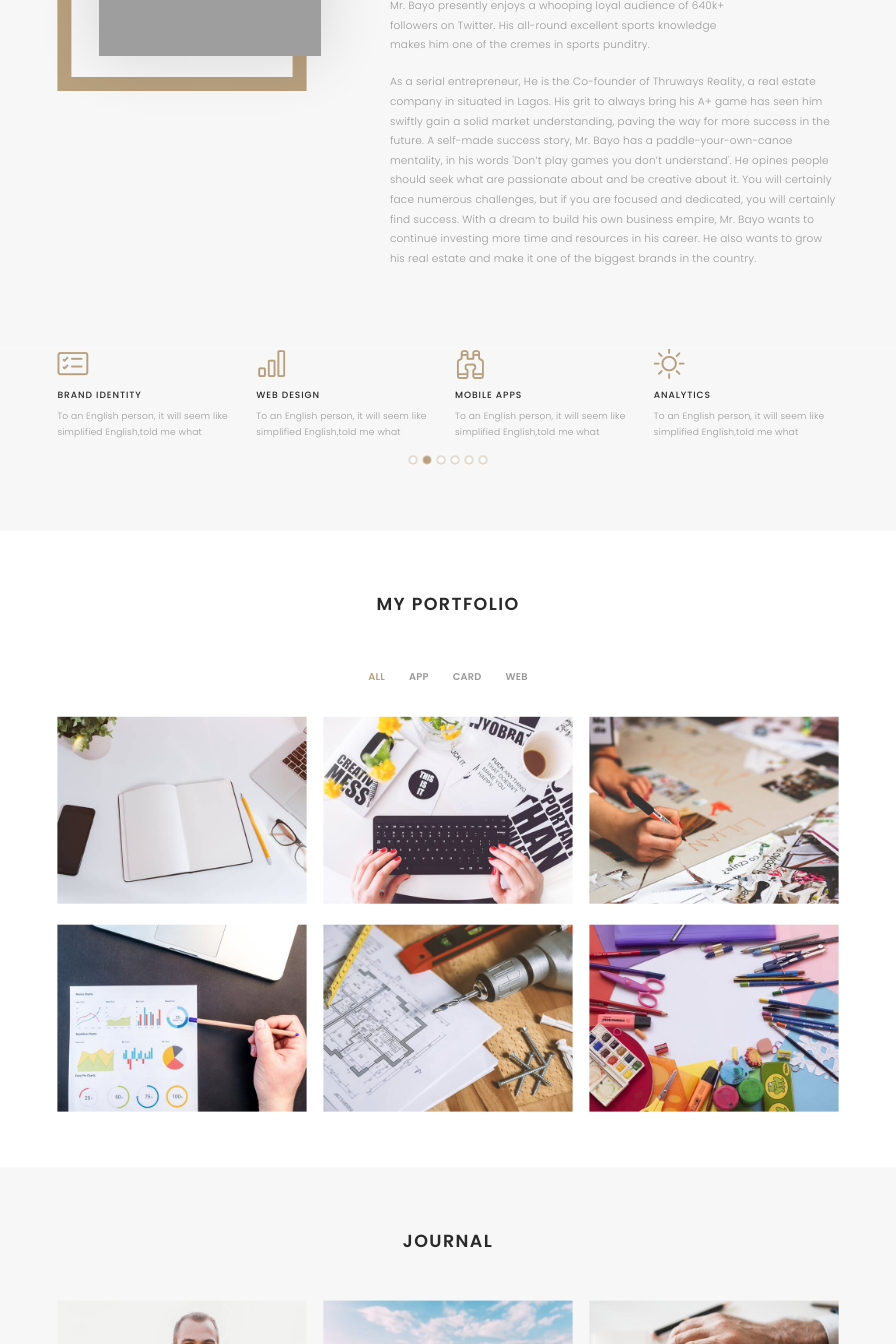
Repository: muhammedctgr/MrBayoA1
Page: index.html
The author's editor kept a copy of each file at every save. The page is drawn from the files as they stood at one save, then again after a run of saves.
The browser window is 1280 px wide. The pictures show the part of the page from y = 1120 to 3040 px (the page is 4246 px tall before and 4218 px after), at 70% of full size.
Pictures or frames that could not be fetched are drawn as grey boxes. Some web fonts or font styles are not loaded; a fallback is used.

Above is the page before, as saved 2022-10-17 23:14:04.

After the next 2 saves:
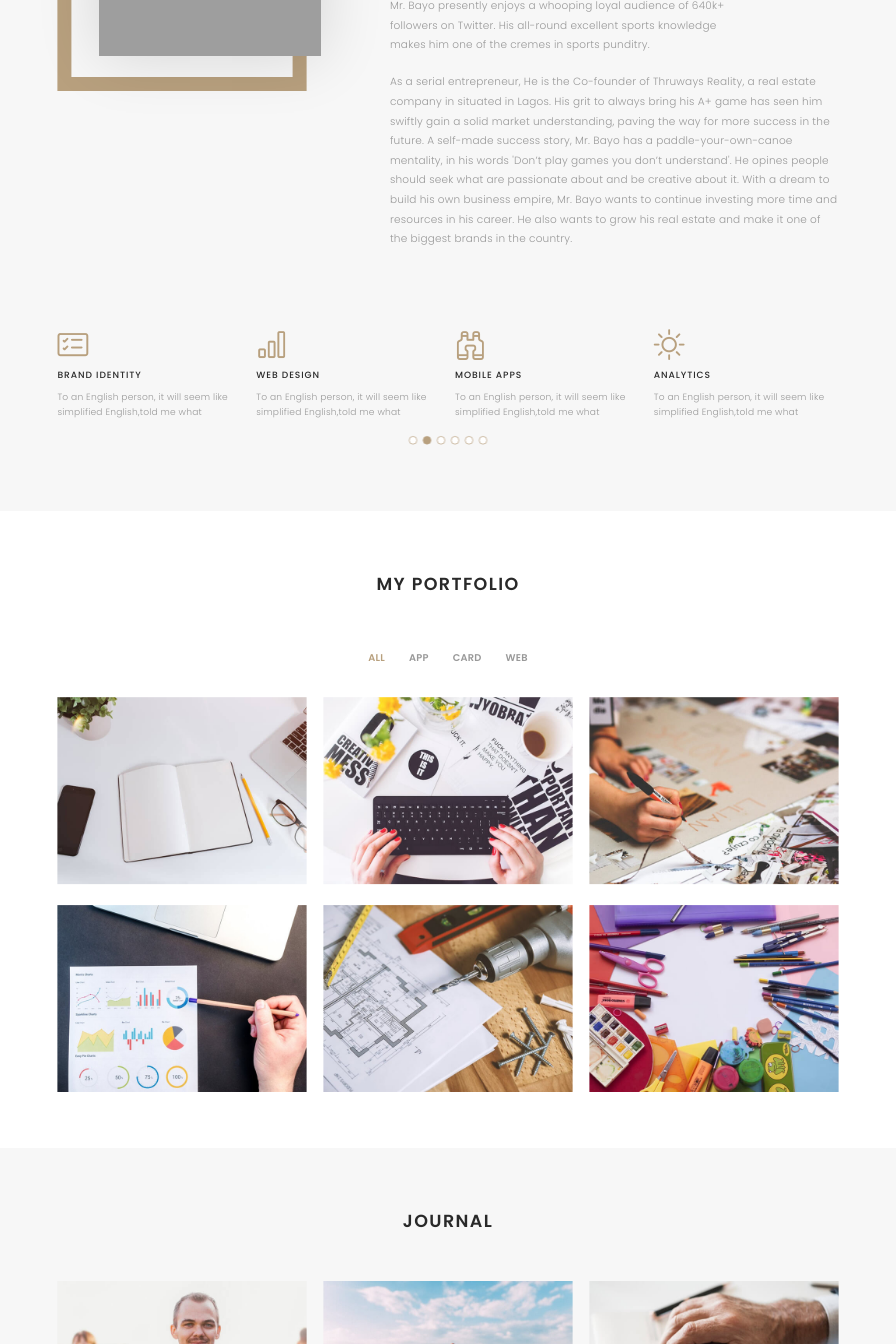
The 2 saves are shown as one change because they came seconds apart.
The last was saved 30 s later.
--- a/index.html
+++ b/index.html
@@ -117,7 +117,7 @@
                 As a serial entrepreneur, He is the Co-founder of Thruways Reality, a real estate company in situated in Lagos. His grit to always bring his A+ game has seen
                 him swiftly gain a solid market understanding, paving the way for more success in the future.
                 A self-made success story, Mr. Bayo has a paddle-your-own-canoe mentality, in his words 'Don’t play games you don’t understand'.
-                He opines people should seek what are passionate about and be creative about it. You will certainly face numerous challenges, but if you are focused and dedicated, you will certainly find success.
+                He opines people should seek what are passionate about and be creative about it.
                 With a dream to build his own business empire, Mr. Bayo wants to continue investing more time and resources in his career. He also wants to grow his real estate and make it one of the biggest brands in the country.
               </p>
 
